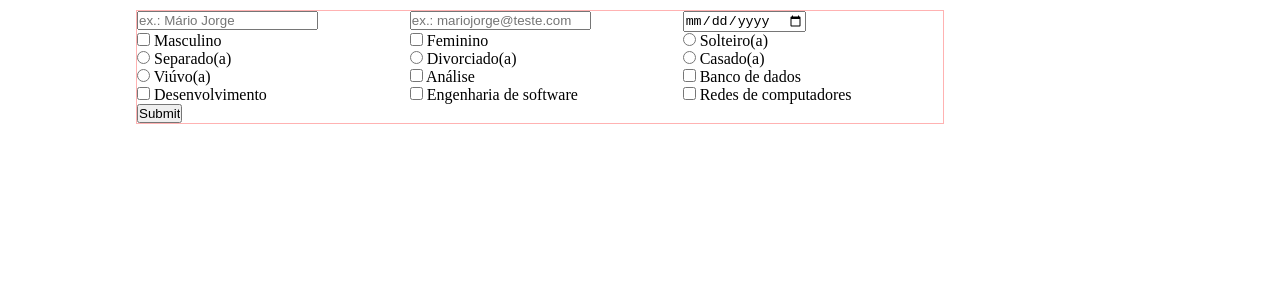
Repository: mjRibeiroTriscal/UVA_Projects
Page: Proj_A1_AVA2_2020_1/index.html
An editor plug-in stored every save of this project. The page is shown before and after the next save, followed by the edit.
The browser window is 1280 px wide. The pictures show the whole page.

Above is the page before, as saved 2020-03-13 11:25:08.

After the next save:
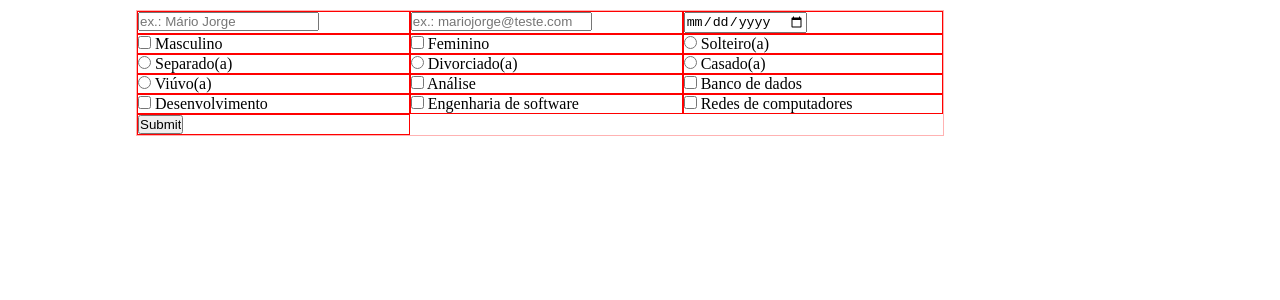
Saved 37 s later.
--- a/Proj_A1_AVA2_2020_1/style.css
+++ b/Proj_A1_AVA2_2020_1/style.css
@@ -38,3 +38,7 @@ input {
     border: 1px solid rgba(255, 0, 0, 0.3);
     grid-template-columns: auto auto auto;
 }
+
+.gridItem {
+    border: 1px solid red;
+}
